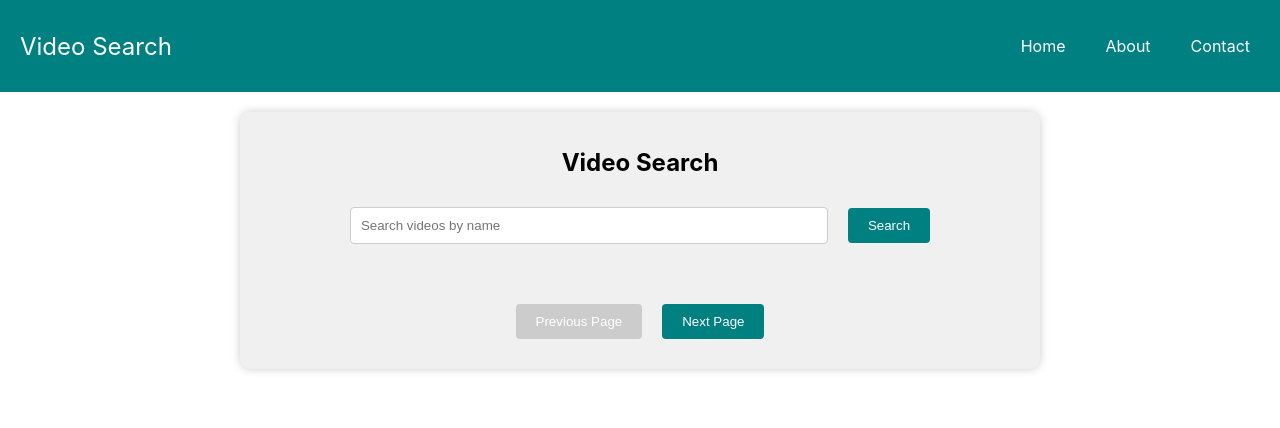
Repository: LolaSL/video-search
Page: /
An editor plug-in stored every save of this project. The page is shown before and after the next save, followed by the edit.
The browser window is 1280 px wide. The pictures show the whole page.
The project was rebuilt for these pictures with package versions that can differ from the ones it lists, and the page was loaded fresh each time.

Above is the page before, as saved 2023-08-12 14:23:57.

After the next save:
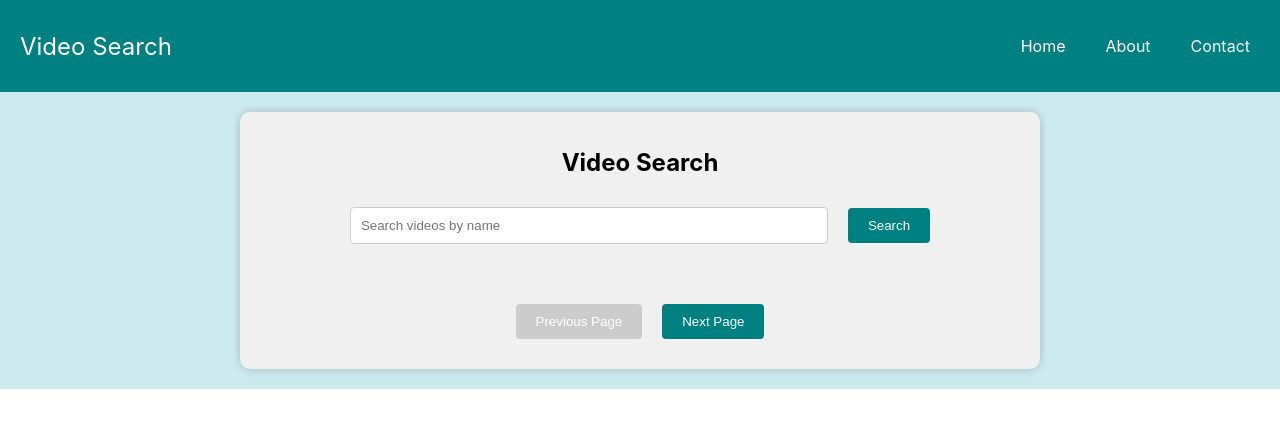
Saved 16 s later.
--- a/src/App.css
+++ b/src/App.css
@@ -1,7 +1,7 @@
 .App {
   text-align: center;
   text-shadow: 1px 1px solid grey;
-  background: ;
+  background: #cdeaef;
 
 }
 
